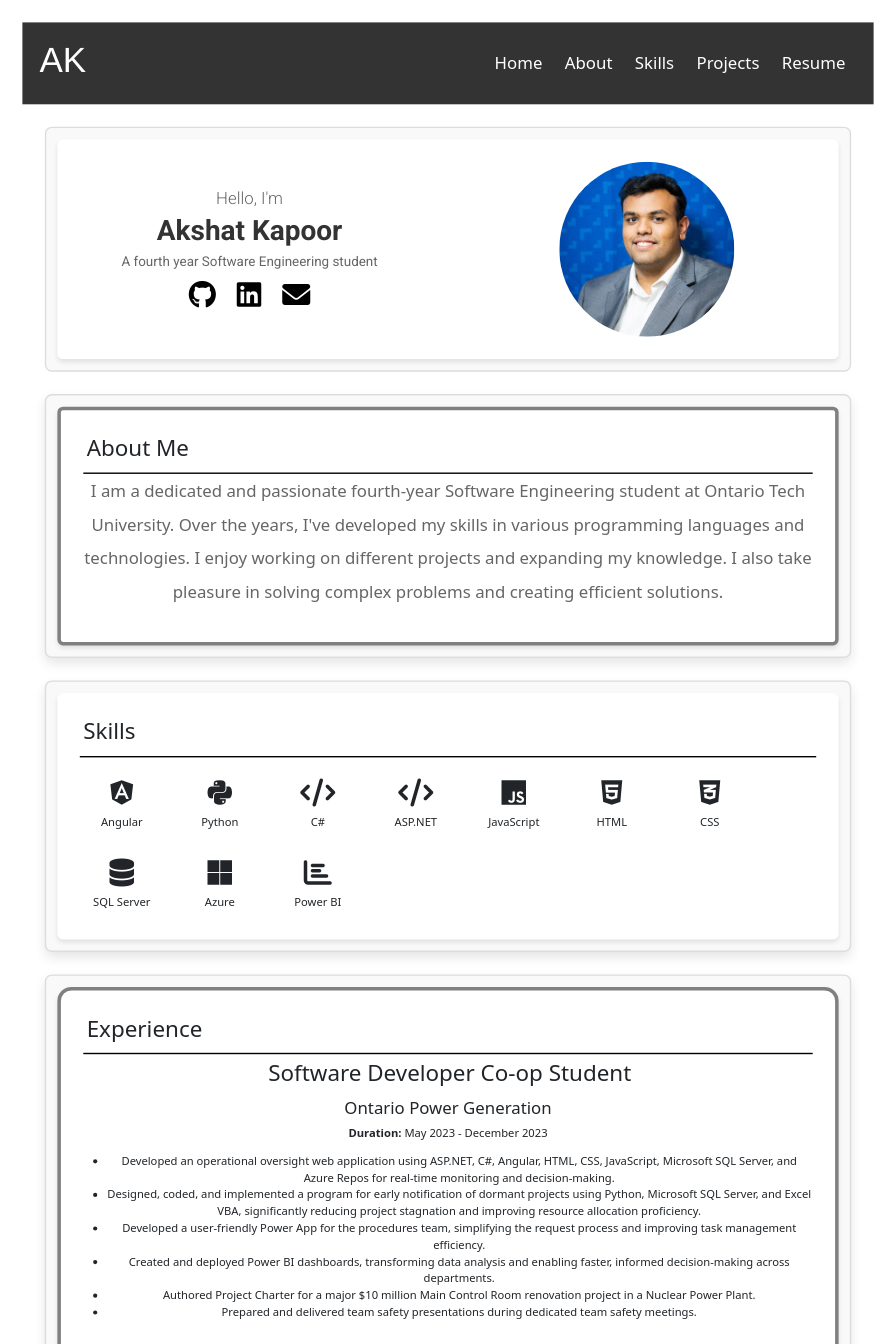
Repository: AkshatKapo/My-Portfolio
Page: /
The author's editor kept a copy of each file at every save. The page is drawn from the files as they stood at one save, then again after a run of saves.
The browser window is 1280 px wide. The pictures show the part of the page from y = 0 to 1920 px (the page is 3269 px tall), at 70% of full size.
The project was rebuilt for these pictures with package versions that can differ from the ones it lists, and the page was loaded fresh each time. Also part of the build but not shown: vite.config.js.

Above is the page before, as saved 2024-06-18 18:23:45.

After the next 4 saves:
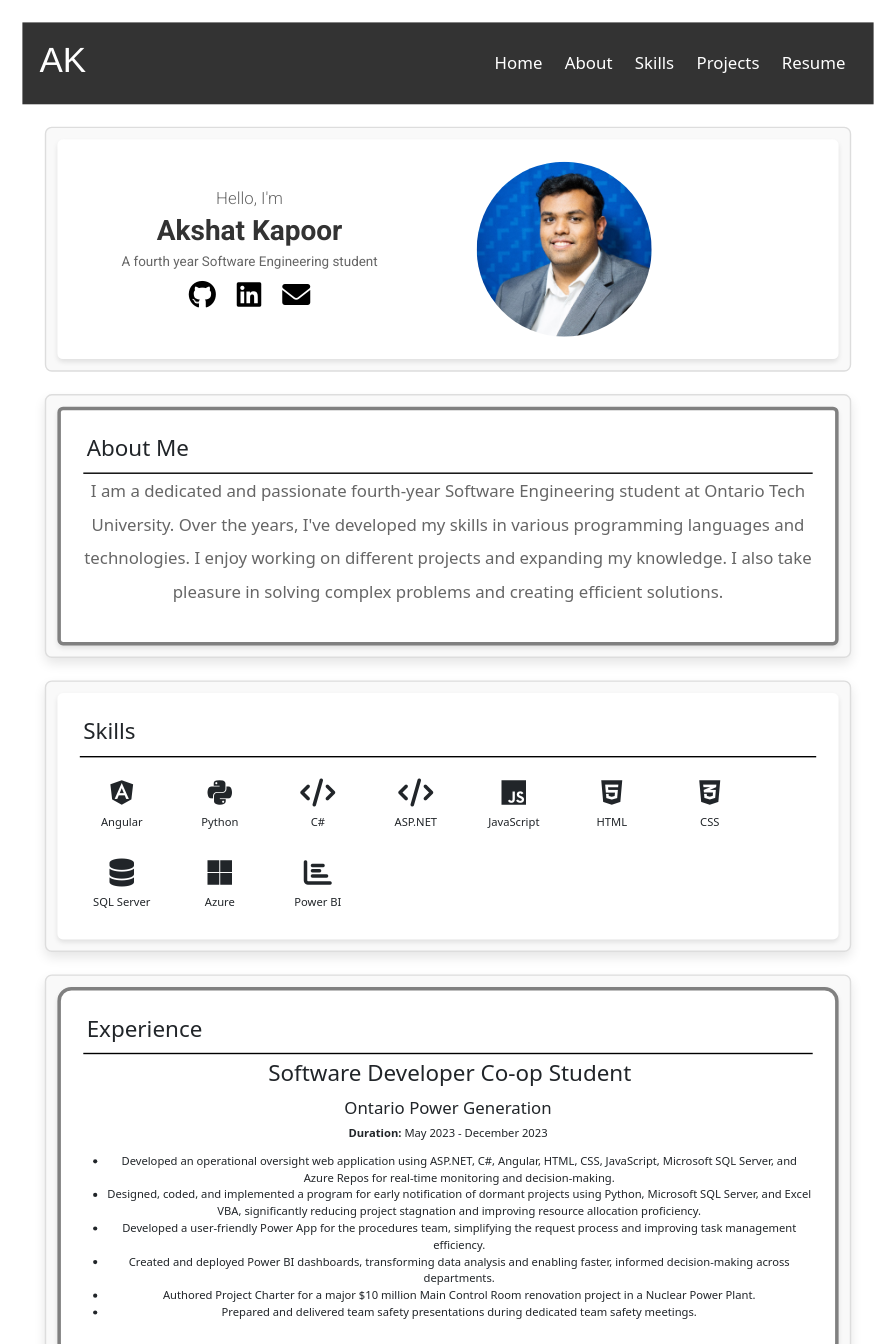
The 4 saves are shown as one change because they came seconds apart.
The last was saved 17 s later.
--- a/src/components/Home.css
+++ b/src/components/Home.css
@@ -70,7 +70,7 @@
 .image-content {
   flex: 1;
   display: flex;
-  justify-content: center;
+  align-items: right;
 }
 
 .profile-image {

After the save that followed:
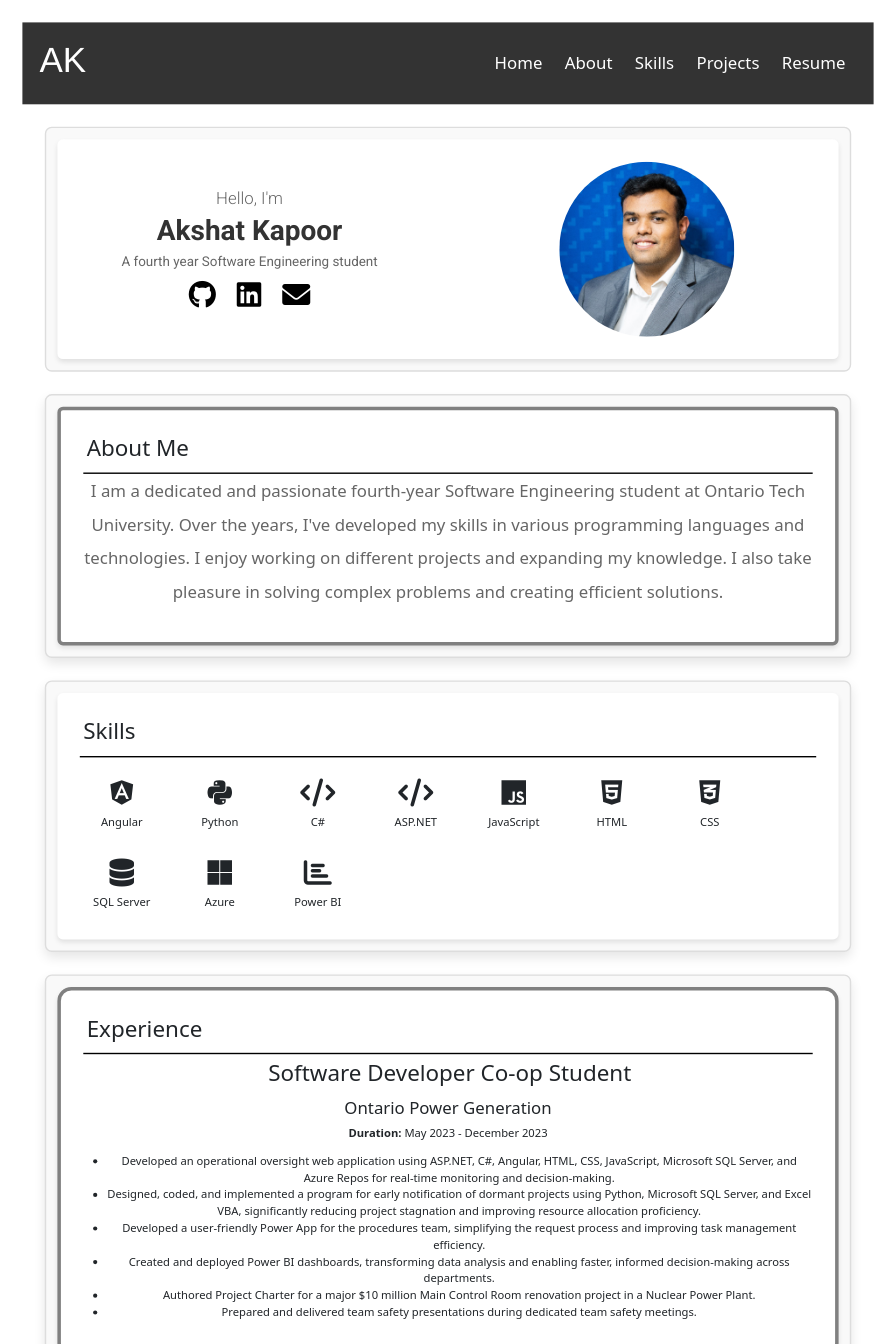
Saved 26 s later.
--- a/src/components/Home.css
+++ b/src/components/Home.css
@@ -3,6 +3,8 @@
 #home {
   padding: 1rem;
   display: flex;
+  justify-content: center;
+  align-items: center;
   background-color: #f9f9f9;
   border: 2px solid #ddd; /* Light border */
   border-radius: 10px; /* Rounded corners */
@@ -30,7 +32,6 @@
   flex: 1;
   padding-right: 1rem;
   font-family: 'Roboto', sans-serif;
-  align-items: center;
 }
 
 .text-content h2 {
@@ -70,7 +71,7 @@
 .image-content {
   flex: 1;
   display: flex;
-  align-items: right;
+  justify-content: center;
 }
 
 .profile-image {
